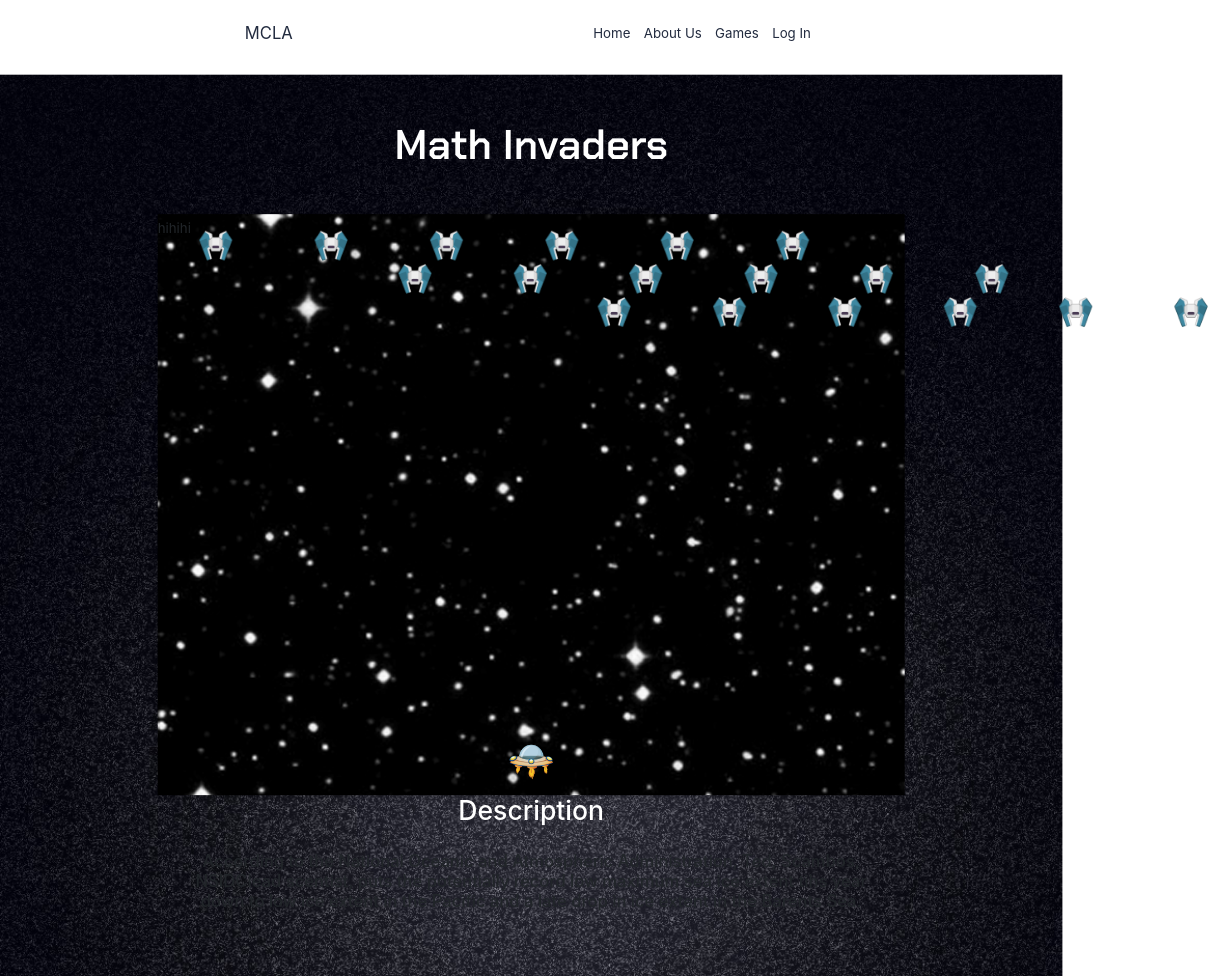
Repository: kkyler24/MathInvader
Page: index.html
An editor plug-in stored every save of this project. The page is shown before and after the next save, followed by the edit.
The browser window is 1280 px wide. The page is 1455 px wide, then 1280 px, so the pictures cover 1455 px, including what lies to the right of the window. The pictures show the whole page, at 83% of full size.
Some web libraries are served in a nearby version.

Above is the page before, as saved 2020-07-20 15:14:12.

After the next save:
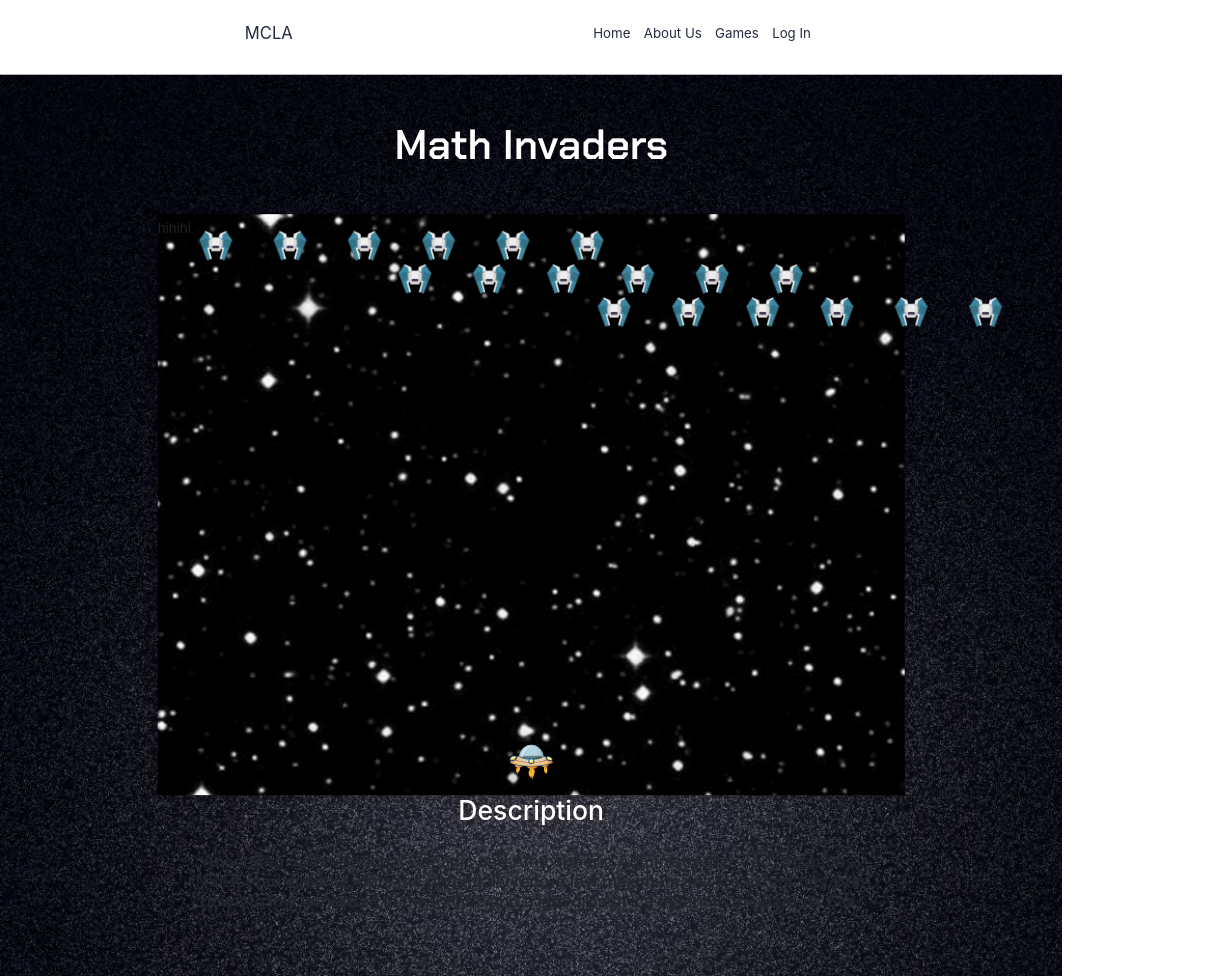
Saved 27 s later.
--- a/jsFolder/game.js
+++ b/jsFolder/game.js
@@ -280,7 +280,7 @@ function init() {
   createPlayer($container);
 
   const enemySpacing =
-    (GAME_WIDTH - ENEMY_HORIZONTAL_PADDING * 20) / ENEMIES_PER_ROW - 1;
+    (GAME_WIDTH - ENEMY_HORIZONTAL_PADDING * 50) / ENEMIES_PER_ROW - 0.5;
   for (let j = 0; j < 3; j++) {
     const y = ENEMY_VERTICAL_PADDING + j * ENEMY_VERTICAL_SPACING;
     for (let i = 0; i < ENEMIES_PER_ROW; i++) {
